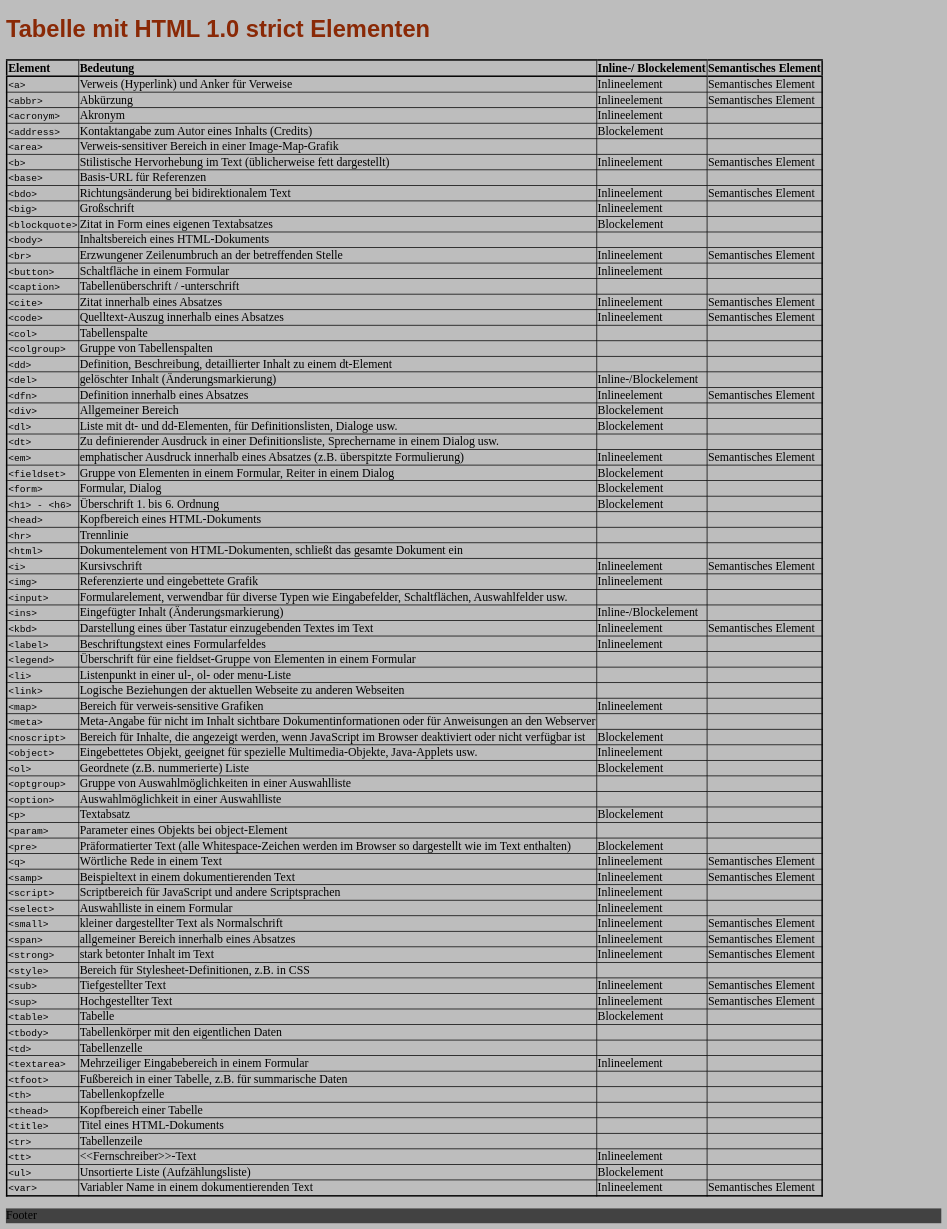
Repository: pLurchi/MyWebengineeringRepo
Page: RemoteSystemsTempFiles/HA-Kapitel06/WebContent/index.html
These files come from the project's save history. The page is drawn as it stood at one moment and after the next save; the edit follows.
The browser window is 1280 px wide. The pictures show the whole page, at 74% of full size.

Above is the page before, as saved 2013-11-30 10:10:34.

After the next save:
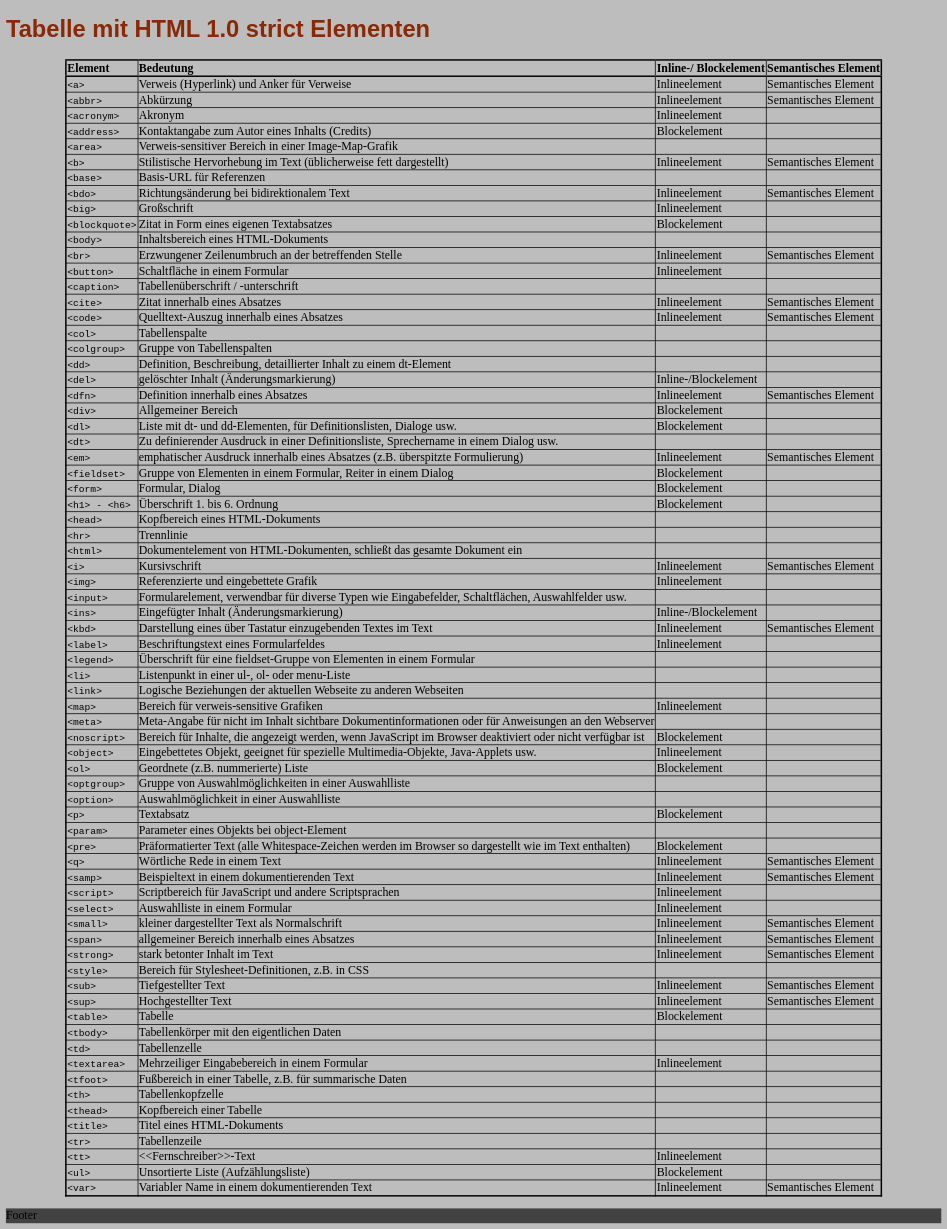
Saved 79 s later.
--- a/RemoteSystemsTempFiles/HA-Kapitel06/WebContent/CSS/stylesheet.css
+++ b/RemoteSystemsTempFiles/HA-Kapitel06/WebContent/CSS/stylesheet.css
@@ -41,6 +41,7 @@ h1 {
 table {
 	border: 2px solid black;
 	border-collapse: collapse;
+	margin:auto;
 }
 
 th {
